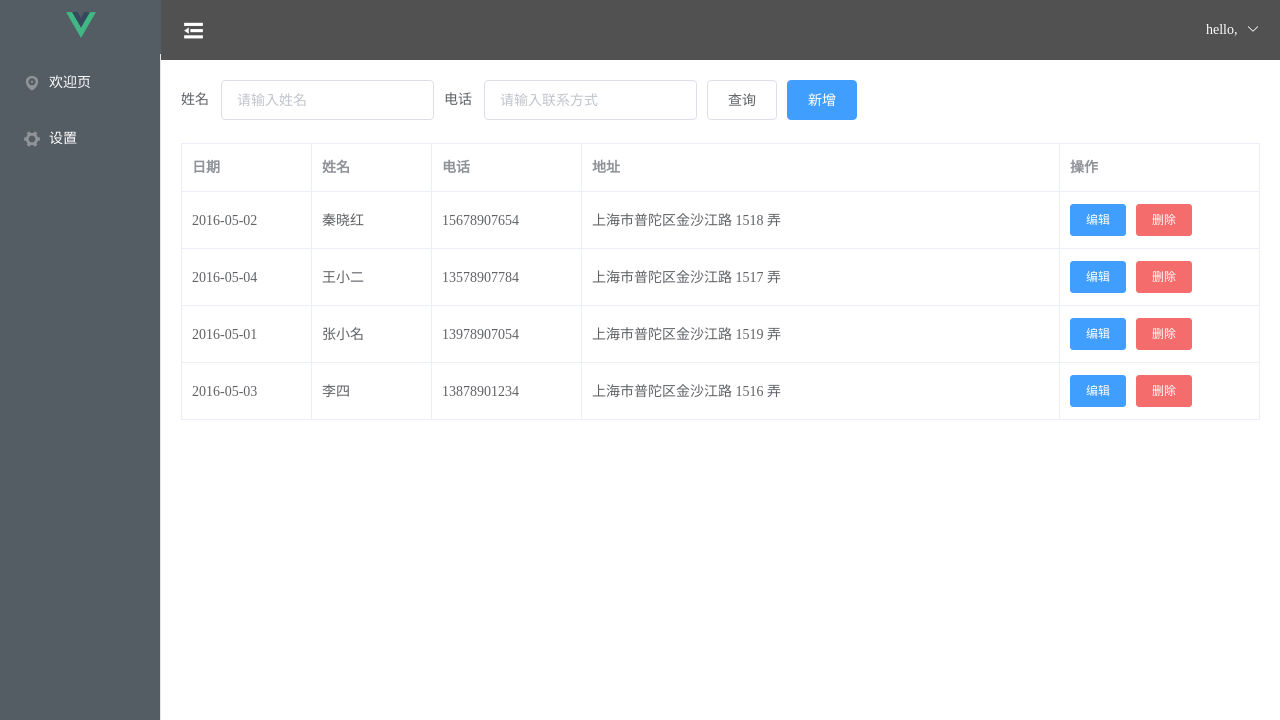
Repository: qianxuebing/admin
Page: /Layout/Table
These files come from the project's save history. The page is drawn as it stood at one moment and after the next save; the edit follows.
The browser window is 1280 px wide. The pictures show the whole page.
The project was rebuilt for these pictures with package versions that can differ from the ones it lists, and the page was loaded fresh each time. Also part of the build but not shown: src/views/login/Login.vue. Imported but missing from the stored project, and not drawn on this page: src/views/home/Home.

Above is the page before, as saved 2019-12-13 14:19:02.

After the next save:
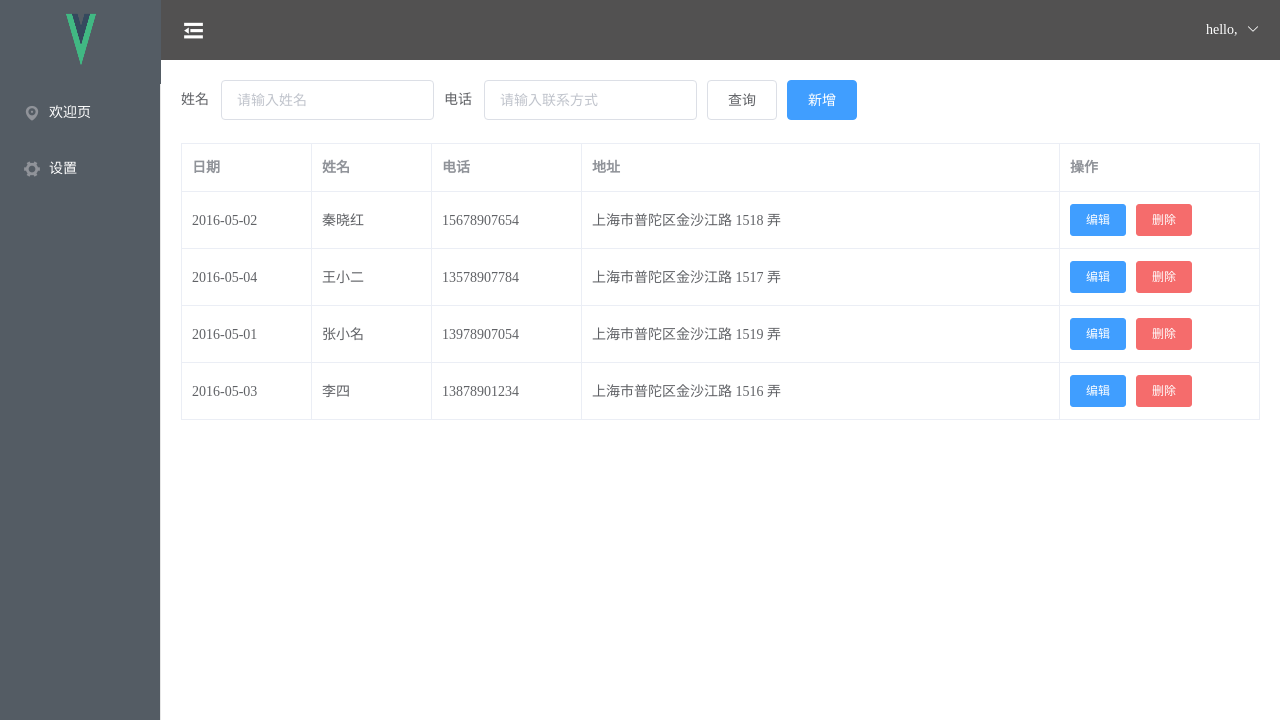
Saved 39 s later.
--- a/src/components/SideBar.vue
+++ b/src/components/SideBar.vue
@@ -2,7 +2,7 @@
 <div class="side-bar">
   <div style="text-align: center">
     <el-image
-      style="width: 30px; height: 30px"
+      style="width: 30px; height: 60px"
       :src="logo"
       fit>
     </el-image>

After the save that followed:
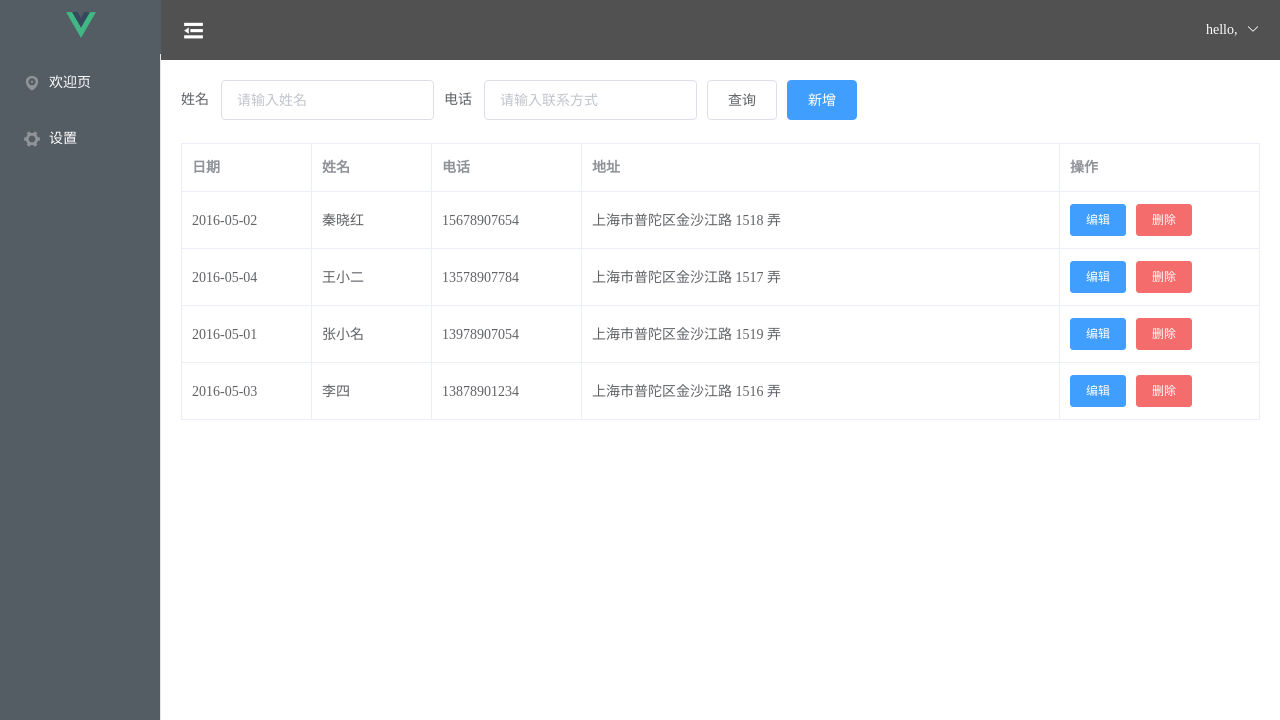
Saved 8 s later.
--- a/src/components/SideBar.vue
+++ b/src/components/SideBar.vue
@@ -2,7 +2,7 @@
 <div class="side-bar">
   <div style="text-align: center">
     <el-image
-      style="width: 30px; height: 60px"
+      style="width: 30px; height: 30px"
       :src="logo"
       fit>
     </el-image>
